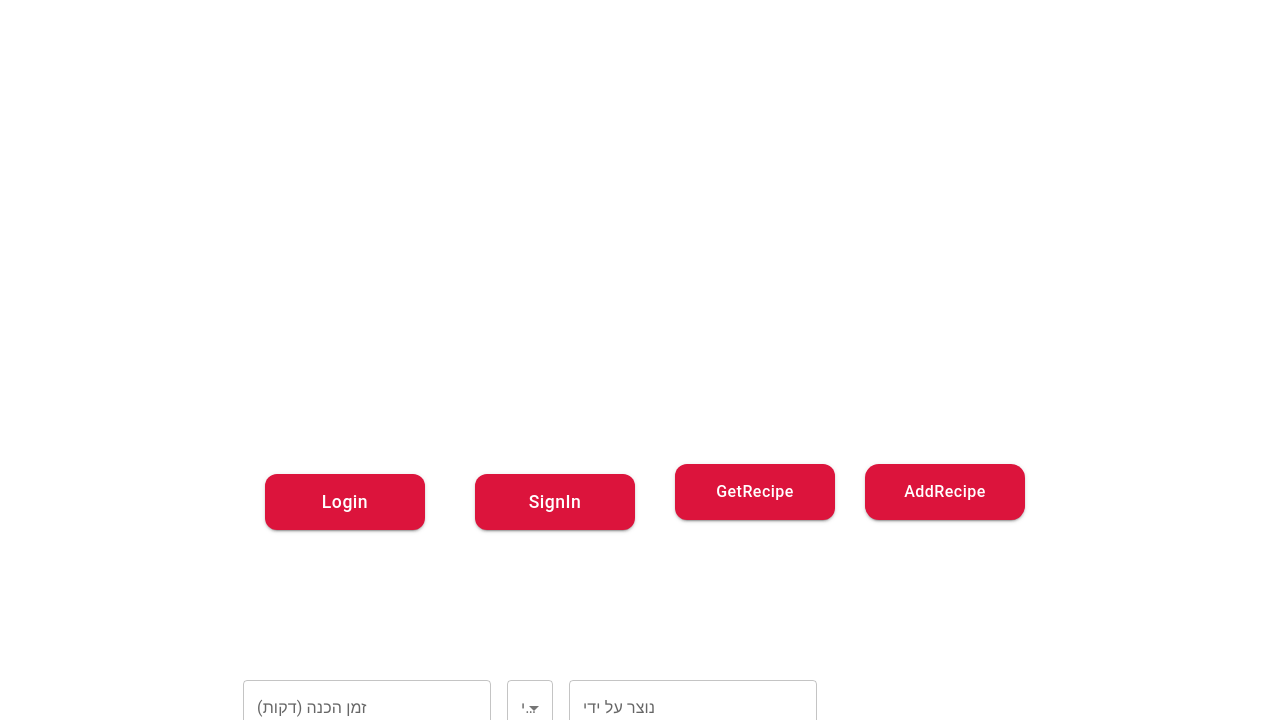
Repository: saraAber/Recipes_ReactProject
Page: /GetRecipes
The author's editor kept a copy of each file at every save. The page is drawn from the files as they stood at one save, then again after a run of saves.
The browser window is 1280 px wide. The pictures show the whole page.
The page's requests for data from a server got no answer. The project was rebuilt for these pictures with package versions that can differ from the ones it lists, and the page was loaded fresh each time. No one was signed in, and anything a server would have sent is missing. Also part of the build but not shown: vite.config.ts, src/components/Login.tsx, src/components/SignIn.tsx, src/components/userContext.tsx, src/components/CategoriesContext.tsx, src/components/addRecipe.tsx, src/components/EditRecipe.tsx.

Above is the page before, as saved 2025-05-06 01:19:01.

### src/main.tsx
// import { BrowserRouter as Router, Routes, Route } from "react-router-dom";
// import HomePage from "./components/HomePage.tsx";
// import Recipes from './components/Recipes.tsx'
// import AddRecipe from './components/addRecipe.tsx';
// import EditRecipe from './components/editRecipe.tsx';
// import { AuthProvider } from "./contexts/AuthUserContext.tsx";
// import { Outlet } from 'react-router-dom';

// function App() {

//   return (
//     <>
//       <AuthProvider>
//         <Router>
//           <Routes>
//             <Route path="/" element={<Outlet />} />
//             <Route path='*' element={<HomePage />} />
//             <Route path='/recipes' element={<Recipes />} />
//             <Route path="/editRecipe" element={<EditRecipe recipeId={1} onRecipeUpdated={(updatedRecipe) => console.log(updatedRecipe)} />} />
//             <Route path='/addRecipe' element={<AddRecipe />} />

//           </Routes>
//           <Outlet />
//         </Router>
//       </AuthProvider>

//     </>
//   )
// }
// export default App


import { createRoot } from 'react-dom/client'
import App from "./App";
import { createBrowserRouter, RouterProvider } from 'react-router-dom'
import SignIn from './components/SignIn.tsx'
import Login from './components/Login.tsx'
import GetRecipes from './components/GetRecipes.tsx'
import AddRecipe from './components/AddRecipe'
import EditRecipe from './components/EditRecipe'

const routes = createBrowserRouter([

  {
    path: '*', // דף הבית הראשי

    element:
      <App />,

    children: [

      { path: 'Login', element: <Login /> },
      { path: 'SignIn', element: <SignIn /> },
      { path: 'GetRecipes', element: <GetRecipes /> },
      { path: 'AddRecipe', element: <AddRecipe /> },
      { path: 'edit-recipe/:id', element: <EditRecipe /> }

    ],
  },
]);
createRoot(document.getElementById('root')!).render(

  <RouterProvider router={routes} />,

);

### src/App.tsx
import { Outlet } from "react-router-dom";
import "./App.css";
import HomePage from "./components/HomePage";
import { AuthProvider } from "./contexts/AuthUserContext";

function App() {
  console.log("App Loaded!");

  return (
    <AuthProvider>
      <HomePage />
      <Outlet />
    </AuthProvider>
  );
}

export default App;

### src/components/GetRecipes.tsx

import { useContext, useEffect, useState } from 'react';
import axios from 'axios';
import { Recipe } from './Types';
import { CircularProgress, Card, CardContent, Typography, Grid, Button, TextField, MenuItem } from '@mui/material';
import { useNavigate } from 'react-router-dom';
import { userContext } from './userContext';
import DeleteIcon from '@mui/icons-material/Delete';
import EditIcon from '@mui/icons-material/Edit';
import ThumbUpIcon from '@mui/icons-material/ThumbUp';
const GetRecipes = () => {
    const { Myuser } = useContext(userContext);
    const [recipes, setRecipes] = useState<Recipe[]>([]);
    const [loading, setLoading] = useState(false);
    const [filterCategory, setFilterCategory] = useState('');
    const [filterDuration, setFilterDuration] = useState<number | ''>('');
    const [filterDifficulty, setFilterDifficulty] = useState('');
    const [filterUserId, setFilterUserId] = useState<number | ''>('');
    const navigate = useNavigate();

    const handleDelete = async (recipeId: number, UserId: number) => {
        if (Myuser?.Id === UserId) {
            try {
                await axios.post(`http://localhost:8080/api/recipe/delete/${recipeId}`);
                setRecipes(recipes.filter(recipe => recipe.Id !== recipeId));
            } catch (error) {
                console.error("Error deleting recipe:", error);
            }
        } else {
            alert("אינך מורשה למחוק את המתכון כי לא אתה הכנסת אותו");
        }
    };

    const handleEditRecipe = (id: number, UserId: number) => {
        if (UserId === Myuser?.Id) {
            navigate(`/edit-recipe/${id}`);
        } else {
            alert("אינך מורשה לערוך את המתכון כי לא אתה הכנסת אותו");
        }
    };

    const fetchRecipes = async () => {
        setLoading(true);
        try {
            const response = await axios.get<Recipe[]>('http://localhost:8080/api/recipe');
            setRecipes(response.data);
            console.log(recipes);


        } catch (error) {
            console.error("Error fetching recipes:", error);
        } finally {
            setLoading(false);
        }
    };

    useEffect(() => {
        fetchRecipes();
    }, []);

    const filteredRecipes = recipes.filter(recipe => {
        return (
            (filterCategory ? recipe.CategoryId.toString() === filterCategory : true) &&
            (filterDuration !== '' ? recipe.Duration <= filterDuration : true) && // שינוי כאן
            (filterDifficulty ? recipe.Difficulty === filterDifficulty : true) &&
            (filterUserId ? recipe.UserId === filterUserId : true)
        );

    });

    return (
        <div style={{ padding: '20px' }}>
            {loading ? (
                <CircularProgress />
            ) : (
                <>
                    <Grid container spacing={2} style={{ marginBottom: '20px', marginTop: '20px' }}>
                        <Grid item xs={12} sm={3}>
                            <TextField
                                type="number"
                                label="זמן הכנה (דקות)"
                                value={filterDuration}
                                onChange={(e) => setFilterDuration(e.target.value ? Number(e.target.value) : '')}
                                fullWidth
                            />
                        </Grid>
                        <Grid item xs={12} sm={3}>
                            <TextField
                                select
                                label="רמת קושי"
                                value={filterDifficulty}
                                onChange={(e) => setFilterDifficulty(e.target.value)}
                                fullWidth
                            >
                                <MenuItem value="">כל הרמות</MenuItem>
                                <MenuItem value="קל">קל</MenuItem>
                                <MenuItem value="בינוני">בינוני</MenuItem>
                                <MenuItem value="קשה">קשה</MenuItem>
                            </TextField>
                        </Grid>
                        <Grid item xs={12} sm={3}>
                            <TextField
                                type="number"
                                label="נוצר על ידי"
                                value={filterUserId}
                                onChange={(e) => setFilterUserId(e.target.value ? Number(e.target.value) : '')}
                                fullWidth
                            />
                        </Grid>
                    </Grid>
                    <Grid container spacing={3}>
                        {filteredRecipes.length > 0 ? (
                            filteredRecipes.map((recipe) => (
                                <Grid item xs={12} sm={6} md={4} key={recipe.Id}>
                                    <Card sx={{ margin: 2, textAlign: 'right' }}>
                                        <CardContent>
                                            <div style={{ display: 'flex', justifyContent: 'space-between', alignItems: 'center' }}>
                                                <Button onClick={() => handleDelete(recipe.Id, recipe.UserId)} style={{ color: 'red' }}>
                                                    <DeleteIcon />
                                                </Button>
                                                <Button onClick={() => handleEditRecipe(recipe.Id, recipe.UserId)} style={{ color: 'blue' }}>
                                                    <EditIcon />
                                                </Button>
                                                <Button onClick={() => console.log("Liked recipe")} style={{ color: 'green' }}>
                                                    <ThumbUpIcon />
                                                </Button>
                                            </div>
                                            <Typography variant="h5" gutterBottom>{recipe.Name}</Typography>
                                            <Typography variant="body2" paragraph>{recipe.Description}</Typography>
                                            <Typography variant="body2" gutterBottom> רמת קושי - {recipe.Difficulty}</Typography>
                                            <Typography variant="body2" gutterBottom> זמן הכנה - {recipe.Duration} דקות </Typography>
                                            <Typography variant="body2" gutterBottom> {recipe.CategoryId} - סוג</Typography>
                                            <img src={recipe.Img} alt={recipe.Name} style={{ width: '100%', height: 'auto' }} />
                                            <Typography variant="h6" gutterBottom>מרכיבים</Typography>

                                            {recipe.Ingridents && recipe.Ingridents.length > 0 ? (
                                                recipe.Ingridents.map((ing) => (
                                                    <Typography key={`${recipe.Id}-${ing.Name}`} style={{ textAlign: 'right', position: 'relative' }}>
                                                        {ing.Name} - {ing.Count} {ing.Type}
                                                    </Typography>
                                                ))
                                            ) : (
                                                <li>אין מרכיבים זמינים</li>
                                            )}

                                            <Typography variant="h6" gutterBottom>הוראות הכנה</Typography>
                                            {recipe.Instructions.length > 0 ? (
                                                recipe.Instructions.map((instruction, idx) => (
                                                    <Typography key={idx} variant="body2">
                                                        {instruction.Name}
                                                    </Typography>
                                                ))
                                            ) : (
                                                <Typography variant="body2">אין הוראות הכנה זמינות</Typography>
                                            )}
                                        </CardContent>
                                    </Card>
                                </Grid>
                            ))
                        ) : (
                            <Typography variant="body1" textAlign="center">אין מתכונים זמינים.</Typography>
                        )}
                    </Grid>
                </>
            )}
        </div>
    );
};

export default GetRecipes;

### src/App.css
* {
  margin: 0;
  padding: 0;
  box-sizing: border-box;
}

html, body {
  height: 100%;
  width: 100%;
  overflow: hidden;
}

body {
  display: flex;
  justify-content: center;
  align-items: center;
  /* background-image: url('/קופצות.jpg'); */
  background-repeat: no-repeat;
  background-position: center;
  background-size: contain;
  /* background-color: black;  */
}




.home-container {
  text-align: center;
  padding: 2rem;
}

.button-group button {
  margin: 10px;
  padding: 10px 20px;
  font-size: 1.1rem;
}

.modal-overlay {
  position: fixed;
  top: 0; left: 0; right: 0; bottom: 0;
  background: rgba(0, 0, 0, 0.75);
  display: flex; align-items: center; justify-content: center;
  z-index: 1000;
}

.modal {
  background: #000;
  color: #DC143C;
  padding: 30px;
  border: 2px solid white;
  border-radius: 15px;
  width: 300px;
}

.modal input {
  width: 100%;
  margin-bottom: 10px;
  padding: 8px;
}

.modal-buttons {
  display: flex;
  justify-content: space-between;
  padding: 28px;
}

.error {
  color: red;
  font-size: 12px;
}

.password-wrapper {
  position: relative;
}

.password-wrapper input {
  width: 100%;
  padding-right: 40px;
  box-sizing: border-box;
}

.toggle-password {
  position: absolute;
  top: 50%;
  right: 10px;
  transform: translateY(-50%);
  background: transparent;
  border: none;
  cursor: pointer;
  font-size: 1.2rem;
}

.handleLogin{
 width: 15px;
}

h2{
  padding: 20px;
}

.handleSignup{
  width: 15px;
  height: 15px;
}

### src/components/HomePage.tsx
import { useState } from "react";
import { useNavigate } from "react-router-dom";
import { useAuth } from "../contexts/AuthUserContext";
import LoginModal from "./Login";
import SignupModal from "./SignIn";
import { Button } from '@mui/material';
import { Link } from 'react-router-dom';

function HomePage() {
  const [showLogin, setShowLogin] = useState(false);
  const [showSignup, setShowSignup] = useState(false);
  const navigate = useNavigate();
  const { user } = useAuth();

  return (
    <div
      className="home-container"
      style={{
        display: 'flex',
        justifyContent: 'center',
        alignItems: 'flex-end',
        height: '100vh',
        paddingBottom: '100px',
        // marginTop: '150px',
      }}
    >
      <div
        className="button-group"
        style={{
          display: 'flex',
          flexDirection: 'row',
          gap: '30px', // רווח בין כפתורים
        }}
      >
        {!user && (
          <>
            <Button
              onClick={() => setShowLogin(true)}
              variant="contained"
              sx={{
                bgcolor: '#DC143C',
                '&:hover': { bgcolor: '#B22222' },
                height: '56px',
                width: '160px',
                fontSize: '16px',
                borderRadius: '12px',
                textTransform: 'none',
              }}
            >
              Login
            </Button>
            <Button
              onClick={() => setShowSignup(true)}
              variant="contained"
              sx={{
                bgcolor: '#DC143C',
                '&:hover': { bgcolor: '#B22222' },
                height: '56px',
                width: '160px',
                fontSize: '16px',
                borderRadius: '12px',
                textTransform: 'none',
              }}
            >
              SignIn
            </Button>
          </>
        )}
        <Button
          component={Link}
          to={"/GetRecipes"}
          variant="contained"
          sx={{
            bgcolor: '#DC143C',
            '&:hover': { bgcolor: '#B22222' },
            height: '56px',
            width: '160px',
            fontSize: '16px',
            borderRadius: '12px',
            textTransform: 'none',
          }}
        >
          GetRecipe
        </Button>
        <Button
          component={Link}
          to={"/AddRecipe"}
          variant="contained"
          sx={{
            bgcolor: '#DC143C',
            '&:hover': { bgcolor: '#B22222' },
            height: '56px',
            width: '160px',
            fontSize: '16px',
            borderRadius: '14px',
            textTransform: 'none',
          }}
        >
          AddRecipe
        </Button>
      </div>
      {showLogin && <LoginModal onClose={() => setShowLogin(false)} />}
      {showSignup && <SignupModal onClose={() => setShowSignup(false)} />}
    </div>
  );
}

export default HomePage;

### src/contexts/AuthUserContext.tsx
import React, { ReactNode, createContext, useContext, useState } from "react";


// ממשק שמגדיר את סוגי הנתונים
export interface SignInFormInputs {
    username: string;
    email: string;
    password: string;
}

// טיפוס לקונטקסט
// טיפוס לקונטקסט
export interface AuthContextType {
    user: SignInFormInputs | null;
    isLoggedIn: boolean;
    saveUser: (user: SignInFormInputs) => void;
    clearUser: () => void;
}


// יצירת הקונטקסט
const AuthContext = createContext<AuthContextType | undefined>(undefined);

export interface AuthProviderProps {
    children: ReactNode;
}

// ספק גישה לנתוני המשתמש
export const AuthProvider: React.FC<AuthProviderProps> = ({ children }) => {
    const [user, setUser] = useState<SignInFormInputs | null>(() => {
        const storedUser = localStorage.getItem("user");
        return storedUser ? JSON.parse(storedUser) : null;
    });

    const [isLoggedIn, setIsLoggedIn] = useState<boolean>(!!user);

    const saveUser = (user: SignInFormInputs) => {
        localStorage.setItem("user", JSON.stringify(user));
        setUser(user);
        setIsLoggedIn(true);
    };

    const clearUser = () => {
        localStorage.removeItem("user");
        setUser(null);
        setIsLoggedIn(false);
    };

    return (
        <AuthContext.Provider value={{ user, isLoggedIn, saveUser, clearUser  }}>
            {children}
        </AuthContext.Provider>
    );
};

// הוק לשימוש בקונטקסט
export const useAuth = (): AuthContextType => {
    const context = useContext(AuthContext);
    if (!context) {
        throw new Error("useAuth must be used within an AuthProvider");
    }
    return context;
};

Loaded but not shown: index.html (common file)

After the next 2 saves:
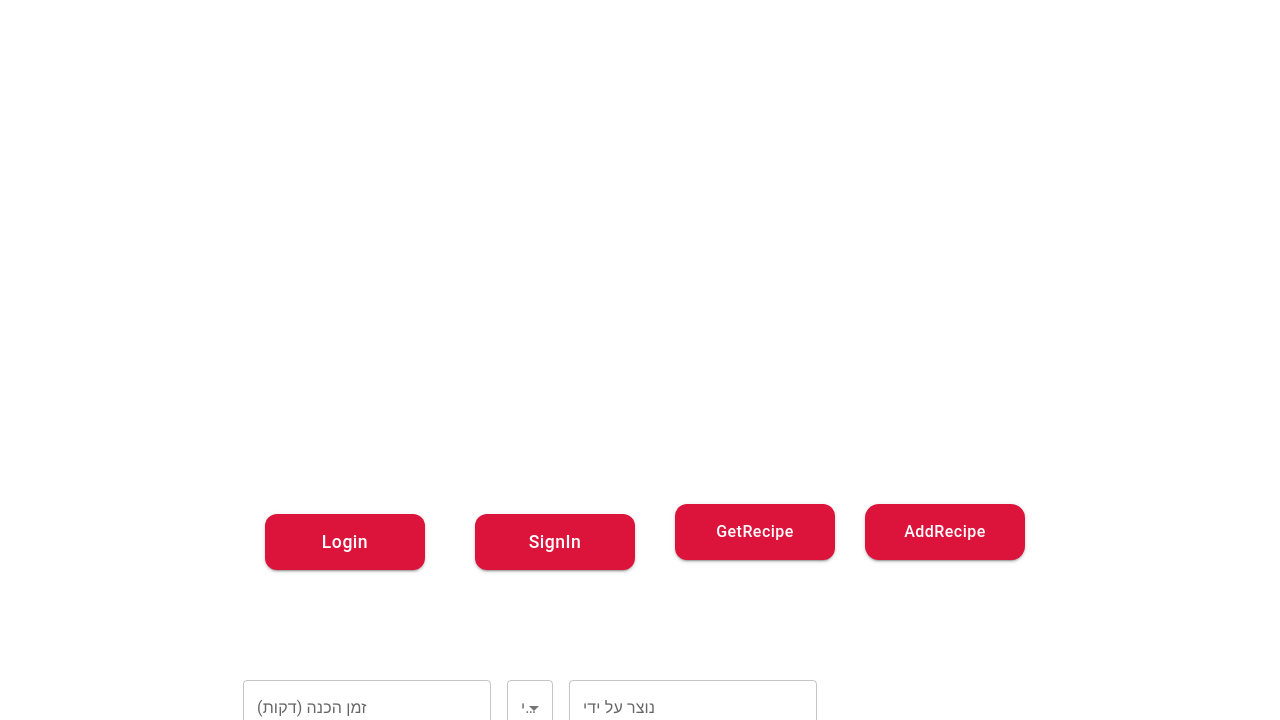
The 2 saves are shown as one change because they came seconds apart.
The last was saved 32 s later.
--- a/src/components/HomePage.tsx
+++ b/src/components/HomePage.tsx
@@ -20,7 +20,7 @@ function HomePage() {
         justifyContent: 'center',
         alignItems: 'flex-end',
         height: '100vh',
-        paddingBottom: '100px',
+        paddingBottom: '60px',
         // marginTop: '150px',
       }}
     >
